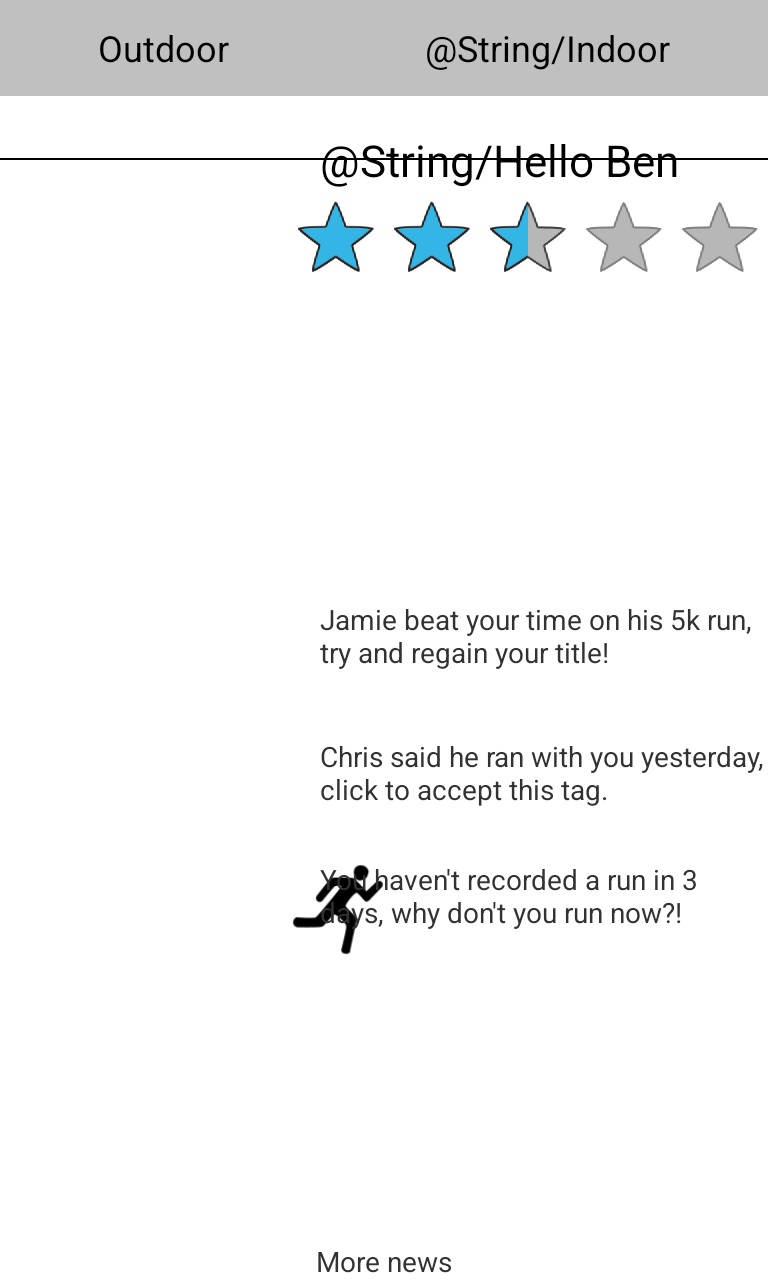
Repository: jamiemorris1991/GoMotion
Layout: GoMotion/res/layout/activity_home.xml
An editor plug-in stored every save of this project. The layout is shown before and after the next save, followed by the edit.
It is drawn on a 768 x 1280 px phone screen (xhdpi) without system bars, with theme AppTheme; the app's code is not run.

Above is the layout before, as saved 2012-11-24 16:12:00.

After the next save:
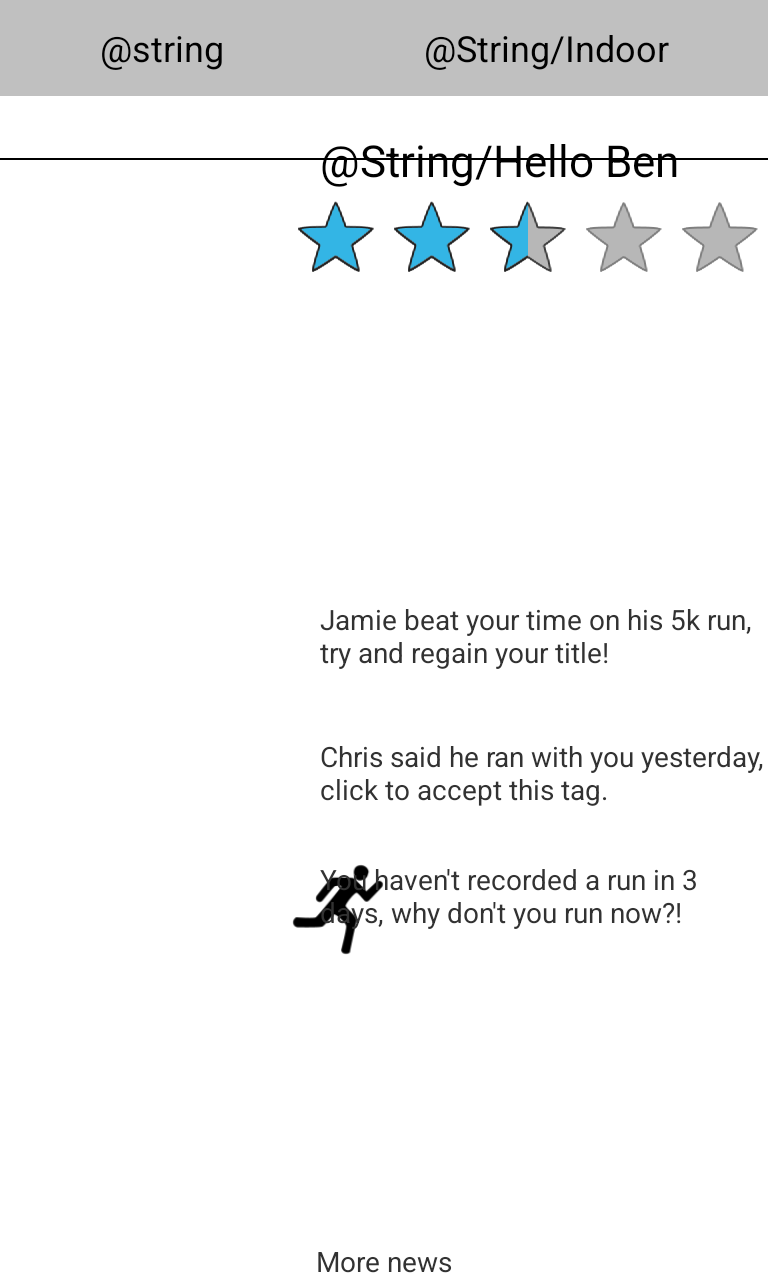
Saved 12 s later.
--- a/GoMotion/res/layout/activity_home.xml
+++ b/GoMotion/res/layout/activity_home.xml
@@ -17,7 +17,7 @@
             android:layout_gravity="center_vertical"
             android:layout_weight="1"
             android:background="@color/topNavBar"
-            android:text="Outdoor"
+            android:text="@string"
             android:textColor="@color/topNavBarText" />
 
         <Button

After the save that followed:
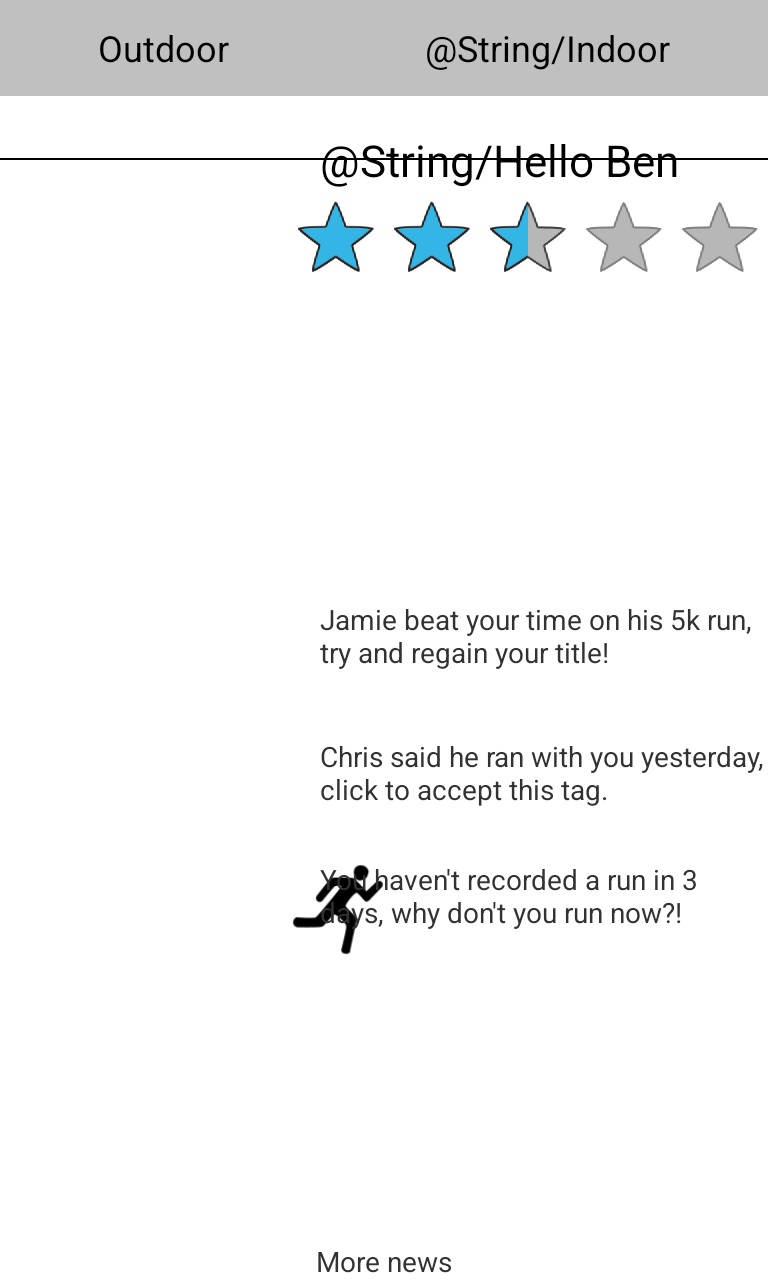
Saved 13 s later.
--- a/GoMotion/res/layout/activity_home.xml
+++ b/GoMotion/res/layout/activity_home.xml
@@ -17,7 +17,7 @@
             android:layout_gravity="center_vertical"
             android:layout_weight="1"
             android:background="@color/topNavBar"
-            android:text="@string"
+            android:text="Outdoor"
             android:textColor="@color/topNavBarText" />
 
         <Button
